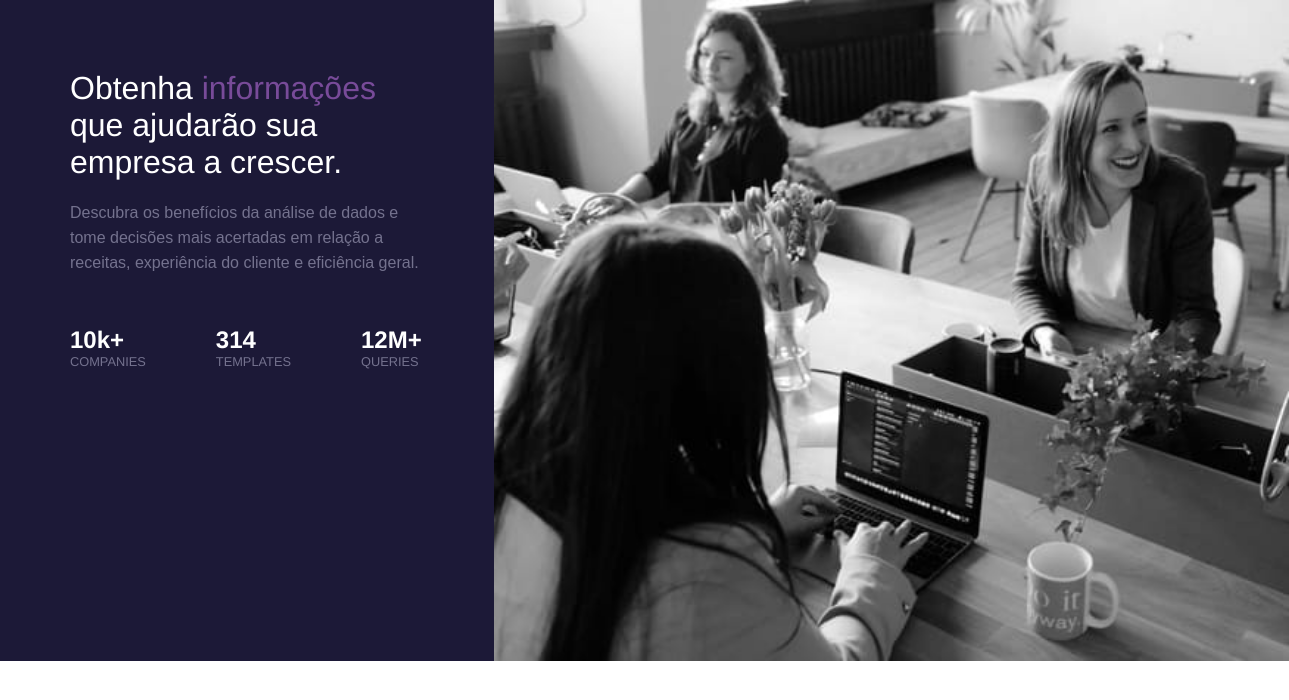
Repository: caique2512/componentes-de-estatisticas
Page: index.html
The author's editor kept a copy of each file at every save. The page is drawn from the files as they stood at one save, then again after the next save.
The browser window is 1280 px wide. The page is 1289 px wide, then 1280 px, so the pictures cover 1289 px, including what lies to the right of the window. The pictures show the whole page.

Above is the page before, as saved 2026-03-03 17:38:15.

### index.html
<!DOCTYPE html>
<html lang="pt-br">
<head>
    <meta charset="UTF-8">
    <meta name="viewport" content="width=device-width, initial-scale=1.0">
    <title>Estatisticas</title>
    <link rel="stylesheet" href="src/reset.css">
    <link rel="stylesheet" href="src/estilos.css">
</head>
<body>
    <main class="conteudo">
        <div class="conteudo-principal">
            <h1 class="titulo">Obtenha <span>informações</span> que ajudarão sua empresa a crescer.</h1>
            <p class="subtitulo">Descubra os benefícios da análise de dados e tome decisões mais acertadas em relação a receitas, experiência do cliente e eficiência geral.</p>
            <ul class="estatisticas">
                <ul class="item1">
                    <li class="descricao">10k+</li>
                    <li>COMPANIES</li>
                </ul>
                <ul class="item2">
                    <li class="descricao">314</li>
                    <li>TEMPLATES</li>
                </ul>
                <ul class="item3">
                    <li class="descricao">12M+</li>
                    <li>QUERIES</li>
                </ul>
            </ul>
        </div>
        <picture class="img">
            <img src="./images/image-header-desktop.jpg" alt="Mulheres no escritório">
        </picture>
    </main>
</body>
</html>

### src/estilos.css
.conteudo {
    background-color: #1C1937;
    display: flex;
    max-width: calc(100% - 20%);
}

.conteudo-principal {
    padding: 70px;
    width: 500px;
}

.conteudo-principal .titulo {
    color: white;
    font-weight: 100;
    font-family: 'Franklin Gothic Medium', 'Arial Narrow', Arial, sans-serif;
    margin-bottom: 20px;
}

.conteudo-principal .titulo span {
    color: #784B99;
}

.conteudo-principal .subtitulo {
    color: #74728e;
    font-family: Arial, Helvetica, sans-serif;
    line-height: 1.56rem;
}

.conteudo-principal .estatisticas {
    display: flex;
    gap: 70px;
    margin-top: 50px;
}

.conteudo-principal .estatisticas .descricao {
    color: white;
    list-style: none;
    font-size: 1.5rem;
    font-weight: 600;
    font-family: 'Franklin Gothic Medium', 'Arial Narrow', Arial, sans-serif;
}

.conteudo-principal .estatisticas li {
    color: #74728e;
    font-family: 'Franklin Gothic Medium', 'Arial Narrow', Arial, sans-serif;
    font-size: 0.8rem;
    list-style: none;
}

.conteudo .img img {
    width: 150%;
    height: 100%;
}

Loaded but not shown: src/reset.css (common file)

After the next save:
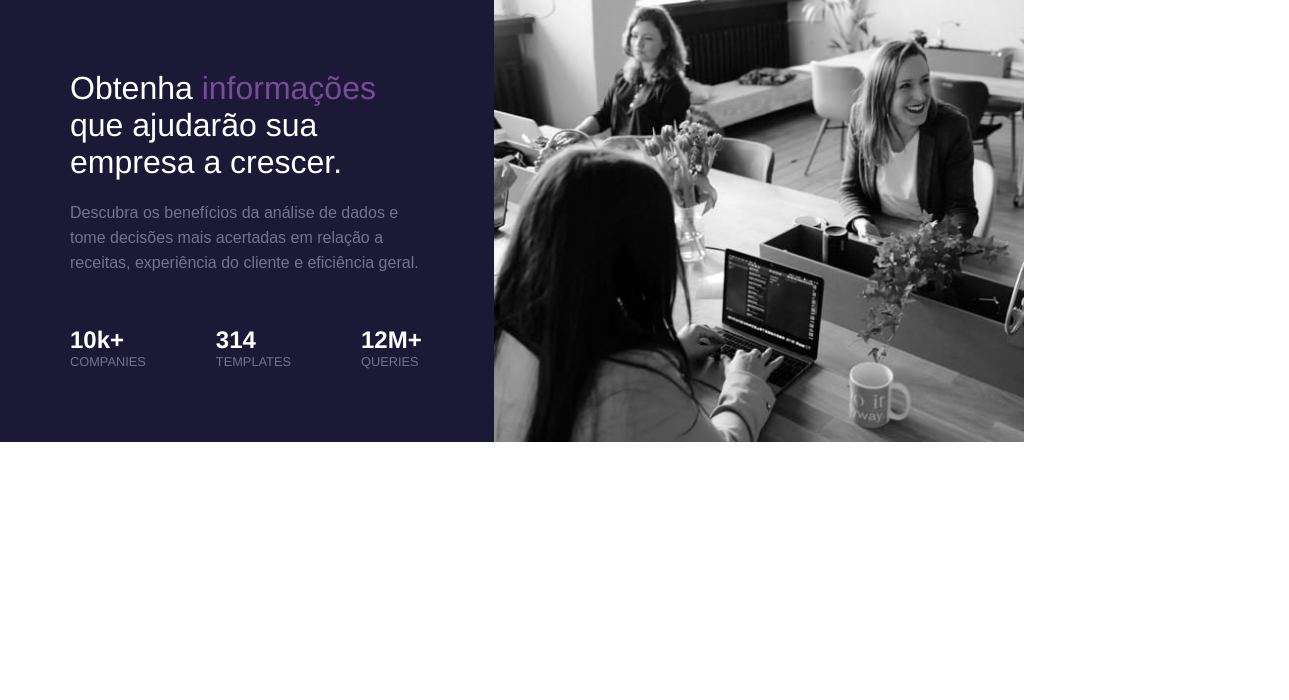
Saved 7 s later.
--- a/src/estilos.css
+++ b/src/estilos.css
@@ -48,6 +48,6 @@
 }
 
 .conteudo .img img {
-    width: 150%;
+    width: 100%;
     height: 100%;
 }
